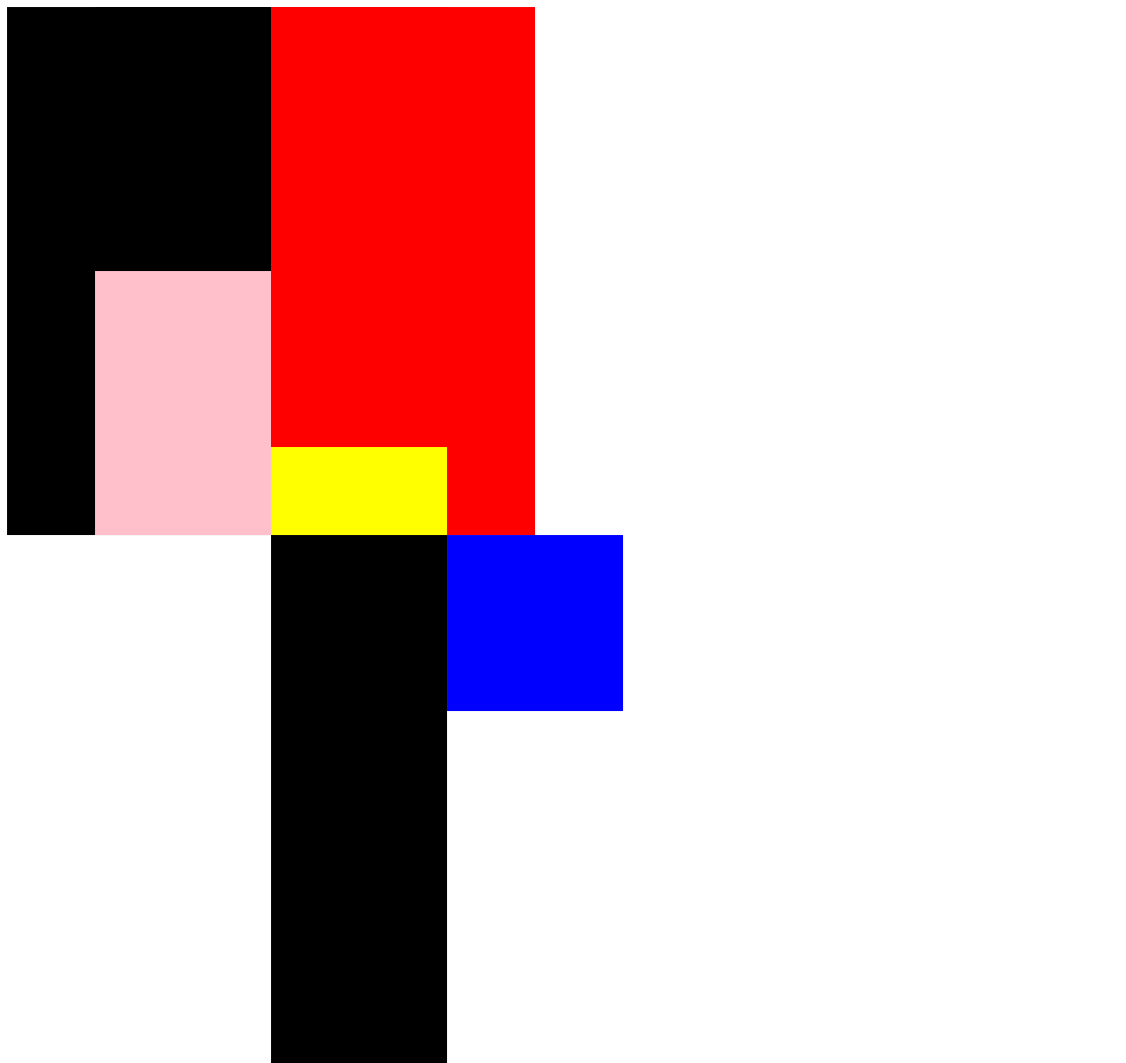
Repository: Seokho96/CSSPractice
Page: css/work01/WebContent/index01.html
The author's editor kept a copy of each file at every save. The page is drawn from the files as they stood at one save, then again after the next save.
The browser window is 1280 px wide. The pictures show the whole page, at 88% of full size.

Above is the page before, as saved 2020-07-13 07:07:26.

### css/work01/WebContent/index01.html
<!DOCTYPE html>
<html>
<head>
<meta charset="UTF-8">
<title>Insert title here</title>

<style type="text/css">

#fullscreen{
   display: flex;
   width: 600px;
   height: 600px;
}
#right{
flex: 1;
   width: 200px;
   height: 600px;
   background-color: black;
   float: right;
}
#righttop{
    width: 200px;
   height: 300px;
   background-color: black;
   float: right;
}
#rightdown{
     width:200px;
   height: 300px;
   background-color: pink;
   float: right;
}
#middle{
   flex: 1;
   width: 200px;
   height: 600px;
   background-color: black;
}
#middletop{
flex: 1;
  width: 200px;
  height: 200px;
  background-color: blue;
  margin-left: 200px;
}

#left{
flex: 1;
   width: 200px;
   height: 600px;
   background-color: red;

}
#lefttop{
   width: 200px;
   height: 500px;
   background-color: red;

}
#leftdown{
    width: 200px;
   height: 100px;
   background-color: yellow;

}


</style>
</head>
<body>

<div id="fullscreen">
<div id="right">
<div id="righttop">
</div>
<div id="rightdown">
</div>
</div>
<div id="left">
<div id="lefttop">
</div>
<div id="leftdown">
</div>
<div id="middle">
<div id="middletop"></div>
<div id="middledown"></div>
</div>

</div>

</div>

</body>
</html>

After the next save:
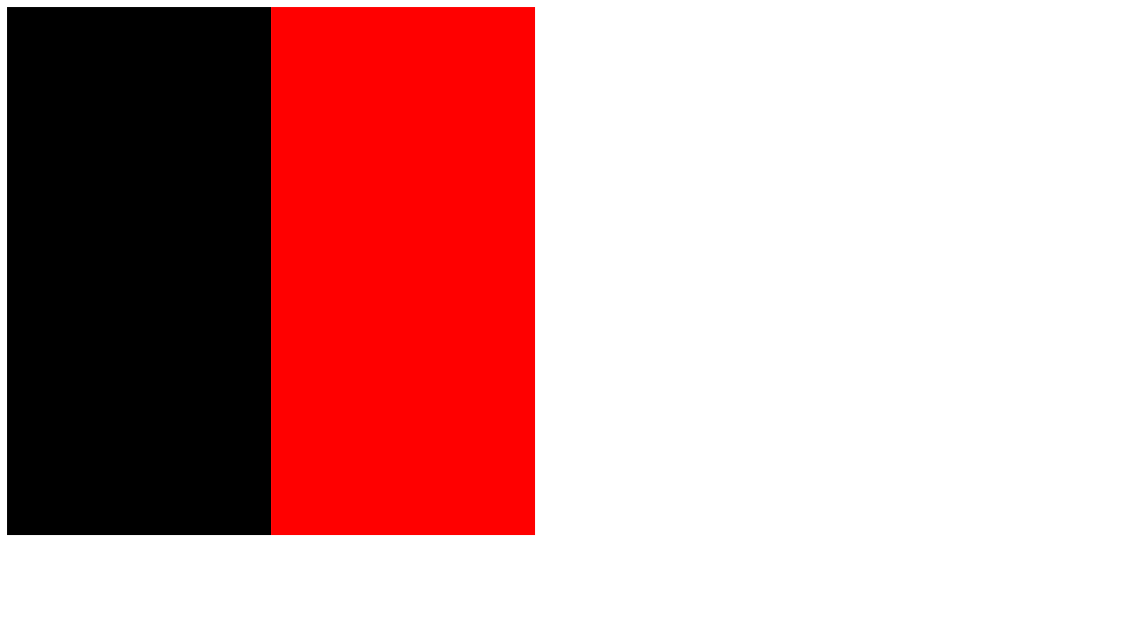
Saved 8 min 18 s later.
--- a/css/work01/WebContent/index01.html
+++ b/css/work01/WebContent/index01.html
@@ -13,45 +13,43 @@
 }
 #right{
 flex: 1;
-   width: 200px;
-   height: 600px;
+
    background-color: black;
-   float: right;
+
 }
-#righttop{
+/* #righttop{
     width: 200px;
    height: 300px;
    background-color: black;
    float: right;
-}
-#rightdown{
+} */
+/* #rightdown{
      width:200px;
    height: 300px;
    background-color: pink;
    float: right;
-}
+} */
 #middle{
    flex: 1;
-   width: 200px;
-   height: 600px;
+
    background-color: black;
-}
+ }
+/*
 #middletop{
 flex: 1;
   width: 200px;
   height: 200px;
   background-color: blue;
   margin-left: 200px;
-}
+} */
 
 #left{
-flex: 1;
-   width: 200px;
-   height: 600px;
+    flex: 1;
+
    background-color: red;
 
 }
-#lefttop{
+/* #lefttop{
    width: 200px;
    height: 500px;
    background-color: red;
@@ -62,7 +60,7 @@ flex: 1;
    height: 100px;
    background-color: yellow;
 
-}
+} */
 
 
 </style>
